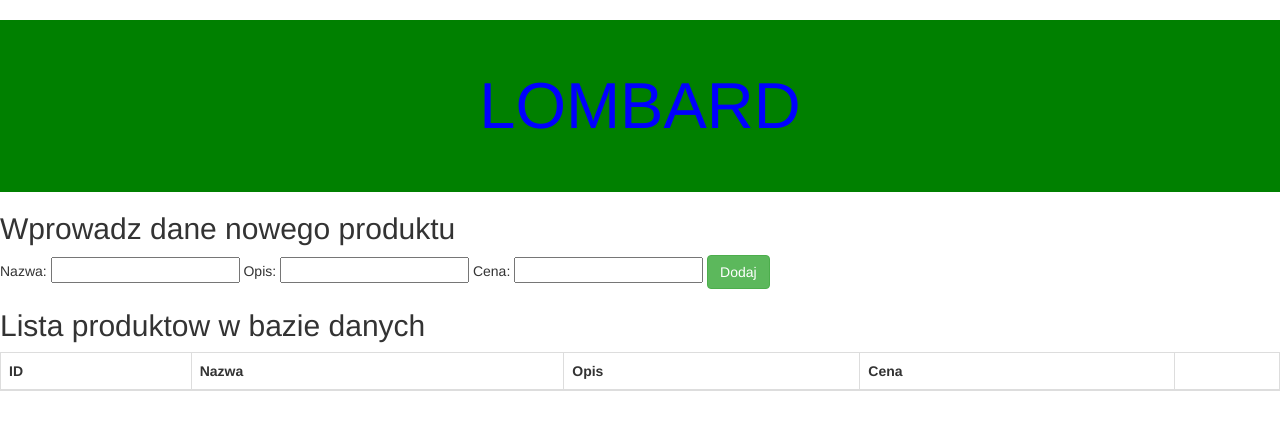
Repository: Hordix/CRUDapp
Page: Pulpit/Worspace/crudApplication1/src/main/resources/static/index.html
An editor plug-in stored every save of this project. The page is shown before and after the next save, followed by the edit.
The browser window is 1280 px wide. The pictures show the whole page.
The page's requests for data from a server got no answer. Some web libraries are served in a nearby version.

Above is the page before, as saved 2017-08-31 12:09:41.

### Pulpit/Worspace/crudApplication1/src/main/resources/static/index.html
<!doctype html>
<html>

<head>
     <script src="https://ajax.googleapis.com/ajax/libs/angularjs/1.5.2/angular.min.js"></script>
   <meta charset="utf-8">
  <meta name="viewport" content="width=device-width, initial-scale=1">
  <link rel="stylesheet" href="https://maxcdn.bootstrapcdn.com/bootstrap/3.3.7/css/bootstrap.min.css">
  <script src="https://ajax.googleapis.com/ajax/libs/jquery/3.2.1/jquery.min.js"></script>
  <script src="https://maxcdn.bootstrapcdn.com/bootstrap/3.3.7/js/bootstrap.min.js"></script>

</head>

<body ng-app="myapp"  >


<div  ng-controller="HelloController">
<h1 ng-style="myObj"><center>LOMBARD</center></h1>




    <h2>Wprowadz dane nowego produktu</h2>
    <form>
        Nazwa: <input type="text" ng-model="name">
        Opis: <input type="text" ng-model="description">
        Cena: <input type="number" ng-model="price">

        <button type="button" class="btn btn-success" ng-click="addProduct()">Dodaj</button>
    </form>



    <h2>Lista produktow w bazie danych</h2>

    <table class="table table-striped table-bordered table-list">
                  <thead>
                    <tr>

                        <th class="hidden-xs">ID</th>
                        <th>Nazwa</th>
                        <th>Opis</th>
                        <th>Cena</th>
                         <th><em class="fa fa-cog"></em></th>
                    </tr>
                  </thead>
                  <tbody>
                          <tr ng-repeat="product in products">

                            <td class="hidden-xs">{{porduct.id}}</td>
                            <td>{{product.name}}</td>
                            <td>{{product.description}}</td>
                            <td>{{product.price}}</td>
                            <td align="center">
                              <a class="btn btn-default"><em class="fa fa-pencil"></em></a>
                              <a ng-click="deleteProduct(product.id)" class="btn btn-danger"><em class="fa fa-trash"></em></a>
                            </td>
                          </tr>
                        </tbody>
                </table>
    <ul ng-repeat="product in products">
        <li >
            Nazwa produktu {{product.name}}, opis {{product.description}}, cena {{product.price}}
        </li>
    </ul>
</div>

<script>
    angular.module("myapp", [])



            .controller("HelloController", function ($scope, $http) {
              $scope.myObj = {
              "color" : "blue",
              "background-color" : "green",
              "font-size" : "65px",
              "padding" : "50px"
    }

            $http({
                method: 'GET',
                url: '/products'
            }).then(function (response) {
                console.log(response)
                $scope.products = response.data;
            });

//            $http({
//                method: 'GET',
//                url: '/someUrl'
//            }).then(function successCallback(response) {
//            }, function errorCallback(response) {
//            });


            $scope.helloTo = {};

            $scope.helloTo.title = "AngularJS";


            $scope.deleteProduct = function (id) {
                $http({
                    method: 'DELETE',
                    url: '/products/' + id
                }).then(function (response) {
                    $scope.products = $scope.products.filter(function (product) {
                        return product.id != id
                    })
                });
            }


            $scope.addProduct = function () {
                var product = {
                    name: $scope.name,
                    description: $scope.description,
                    price: $scope.price
                };
                $http({
                        method: 'POST',
                        url: '/products',
                        data: product
                    }
                ).then(function (response) {
                    console.log(response)
                    product.id = response.data.id;
                    $scope.products.push(product)
                });

            }


        });
</script>

</body>
</html>

After the next save:
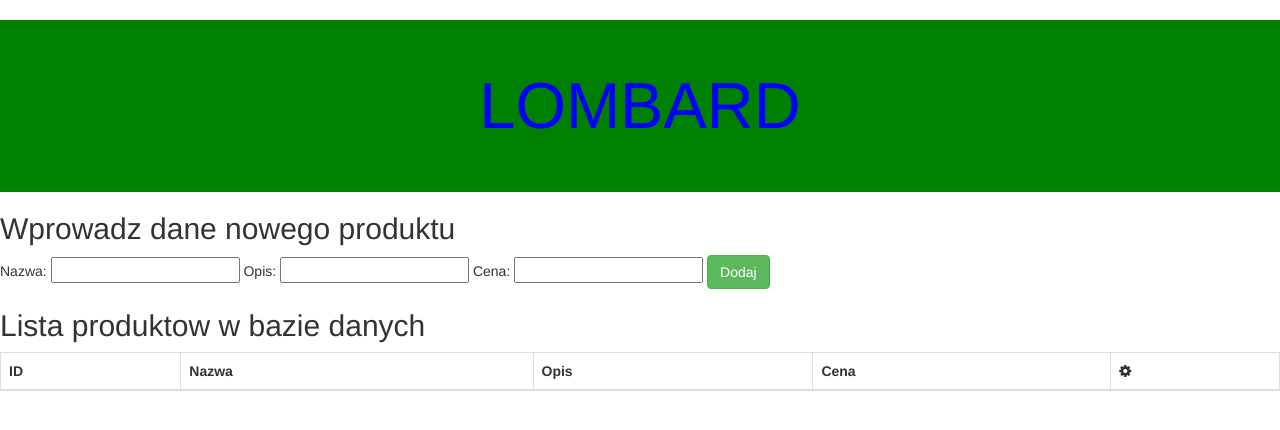
Saved 45 s later.
--- a/Pulpit/Worspace/crudApplication1/src/main/resources/static/index.html
+++ b/Pulpit/Worspace/crudApplication1/src/main/resources/static/index.html
@@ -8,6 +8,7 @@
   <link rel="stylesheet" href="https://maxcdn.bootstrapcdn.com/bootstrap/3.3.7/css/bootstrap.min.css">
   <script src="https://ajax.googleapis.com/ajax/libs/jquery/3.2.1/jquery.min.js"></script>
   <script src="https://maxcdn.bootstrapcdn.com/bootstrap/3.3.7/js/bootstrap.min.js"></script>
+  <link href="https://cdnjs.cloudflare.com/ajax/libs/font-awesome/4.4.0/css/font-awesome.min.css" rel='stylesheet' type='text/css'>
 
 </head>
 
